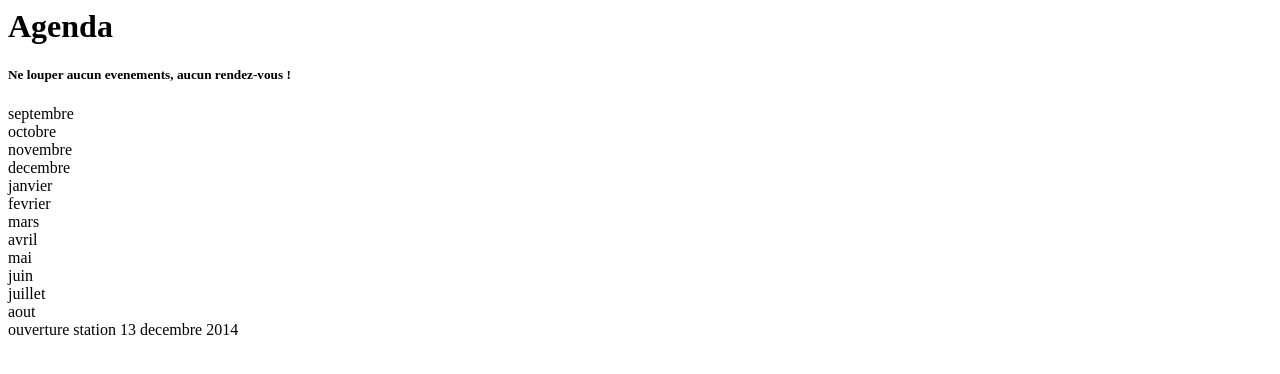
Repository: numericgraphics/Rosiere_Service
Page: www/templates/agenda.html
The author's editor kept a record of every edit. The page is drawn from the files as they stood at one moment, then again after the next edit.
The browser window is 1280 px wide. The pictures show the whole page.

Above is the page before.

### www/templates/agenda.html


<ion-view title="Agenda">
        <ion-content has-header="true" padding="true">
         <h1 ><i class="icon ion-calendar"></i> Agenda</h1 >

          <h5>Ne louper aucun evenements, aucun rendez-vous ! </h5>

          <div class="list">
          <div class="item item-divider">
            septembre
          </div>
          <div class="item item-divider">
            octobre
          </div>
          <div class="item item-divider">
            novembre
          </div>
          <div class="item item-divider">
            decembre
          </div>
          <div class="item item-divider">
            janvier
          </div>
          <div class="item item-divider">
            fevrier
          </div>
          <div class="item item-divider">
            mars
          </div>
          <div class="item item-divider">
            avril
          </div>
          <div class="item item-divider">
            mai
          </div>
          <div class="item item-divider">
            juin
          </div>
          <div class="item item-divider">
            juillet
          </div>
          <div class="item item-divider">
            aout
          </div>


          <a class="item">
            ouverture station
            <span class="item-note">
              13 decembre 2014
            </span>
          </a>
        </ion-content>
      </ion-view>

After the next edit:
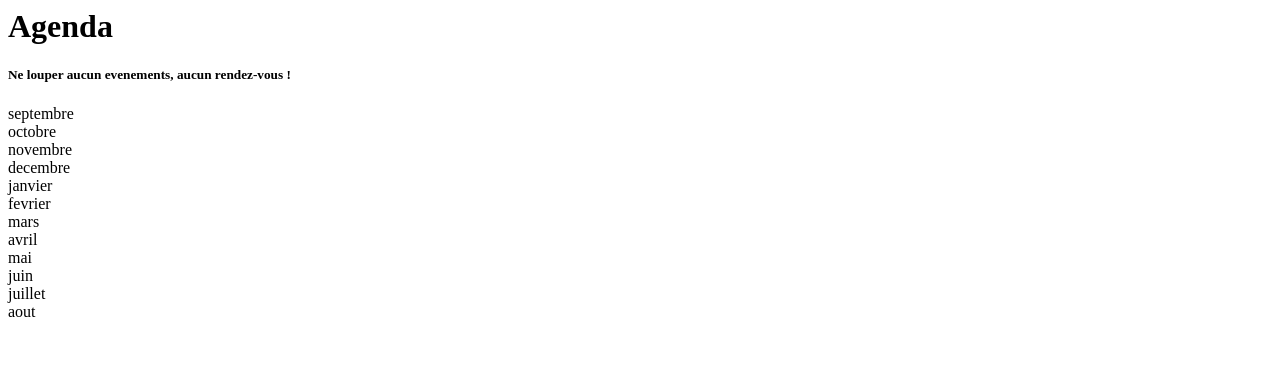
The edit:
--- a/www/templates/agenda.html
+++ b/www/templates/agenda.html
@@ -45,11 +45,6 @@
           </div>
 
 
-          <a class="item">
-            ouverture station
-            <span class="item-note">
-              13 decembre 2014
-            </span>
-          </a>
+
         </ion-content>
       </ion-view>
